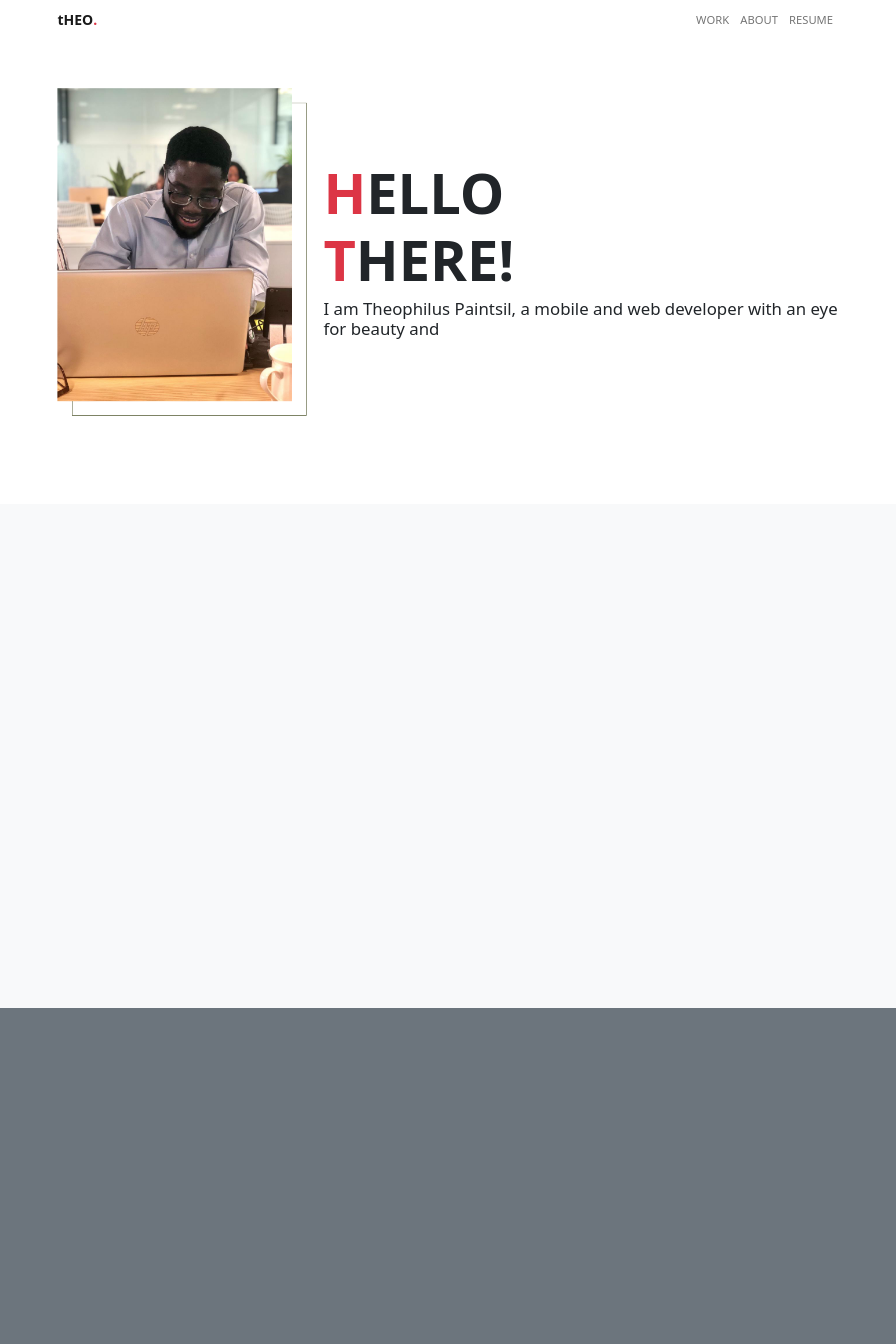
Repository: tHEO2k17/portfolio
Page: /
An editor plug-in stored every save of this project. The page is shown before and after the next save, followed by the edit.
The browser window is 1280 px wide. The pictures show the part of the page from y = 0 to 1920 px (the page is 3000 px tall), at 70% of full size.
The project was rebuilt for these pictures with package versions that can differ from the ones it lists, and the page was loaded fresh each time.

Above is the page before, as saved 2021-07-22 07:34:07.

After the next save:
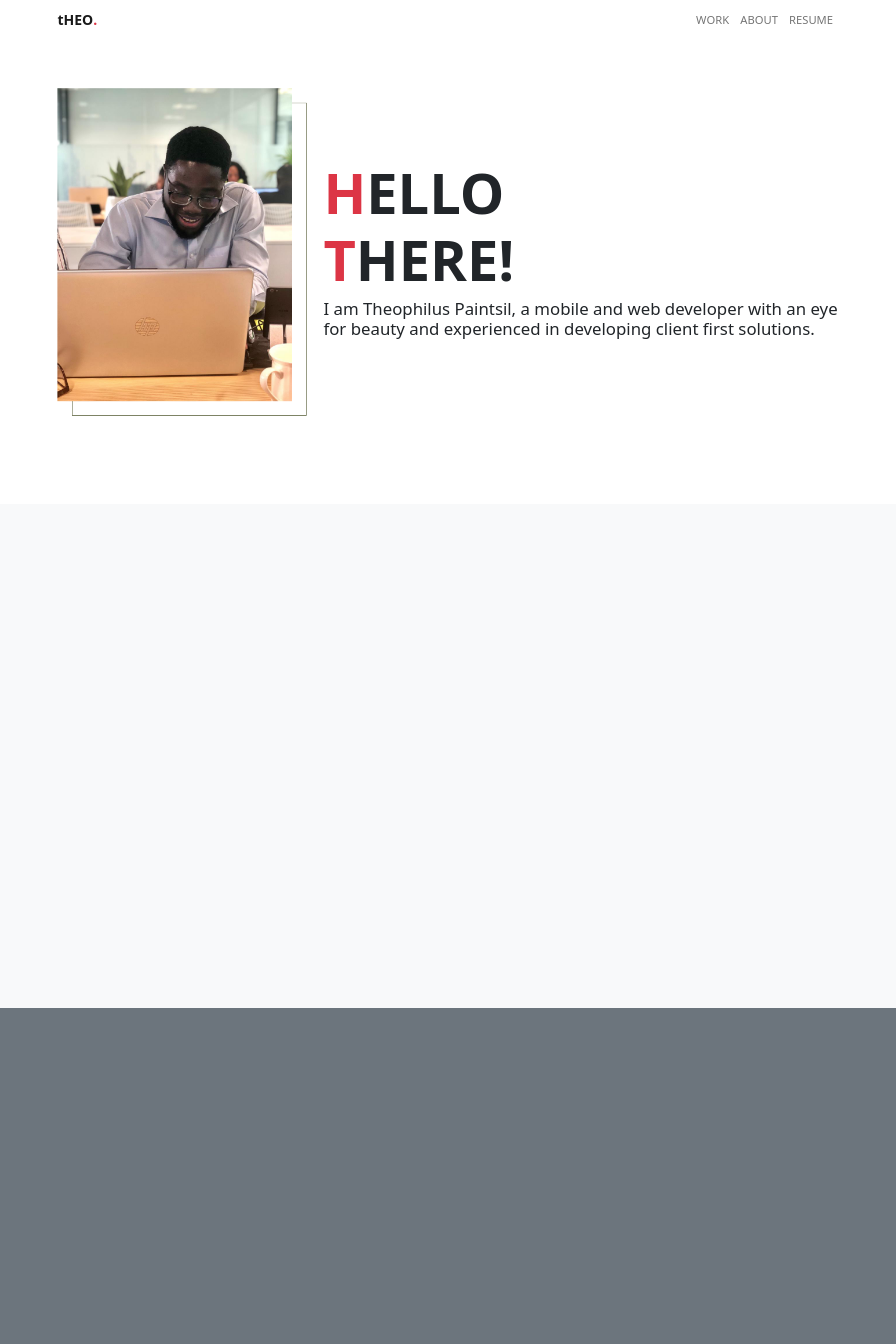
Saved 39 s later.
--- a/src/presentation/pages/HomePage.tsx
+++ b/src/presentation/pages/HomePage.tsx
@@ -29,7 +29,7 @@ export default function HomePage() {
                                 <b className="text-danger">T</b>HERE!
                             </h1>
                             <h4>
-                                I am Theophilus Paintsil, a mobile and web developer with an eye for beauty and
+                                I am Theophilus Paintsil, a mobile and web developer with an eye for beauty and experienced in developing client first solutions.
                             </h4>
                         </Col>
                     </Row>
